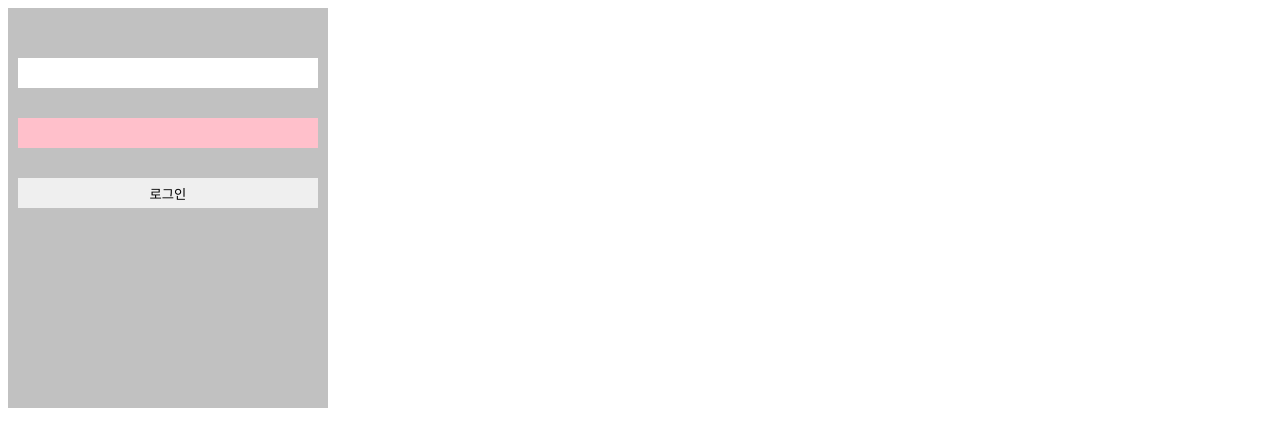
Repository: popll1/Pleiades
Page: http://localhost/jun29web/login.jsp
An editor plug-in stored every save of this project. The page is shown before and after the next save, followed by the edit.
The browser window is 1280 px wide. The pictures show the whole page.
The page is served by Tomcat 9. Other server files are loaded and not shown.

Above is the page before, as saved 2023-06-29 06:28:47.

### jun29web/src/main/webapp/login.jsp
<%@ page language="java" contentType="text/html; charset=EUC-KR"
	pageEncoding="UTF-8"%>
<!DOCTYPE html>
<html>
<head>
<meta charset="UTF-8">
<title>로그인</title>
<style type="text/css">
#loginBox {
	/* id = # ,c class=. */
	background-color: #c1c1c1;
	width: 300px;
	height: 300px;
	padding: 50px 10px 50px 10px;
	//
	패딩은
	내
	영역에서
	안쪽으로
	여백줄때
}

input {
	padding: 0;
	margin: 0;
	border: 0;
	width: 100%;
	height: 30px;
	text-align: center;
	margin-bottom: 30px;
}

input [type=text] {
	background-color: green;
}

input[type=password] {
	background-color: pink;
	color: red;
}
</style>
</head>
<body>
	<div id="loginBox">
		<input type="text"> <br>
		<input type="password">
		<input type="button" value ="로그인">
	</div>
</body>
</html>

After the next save:
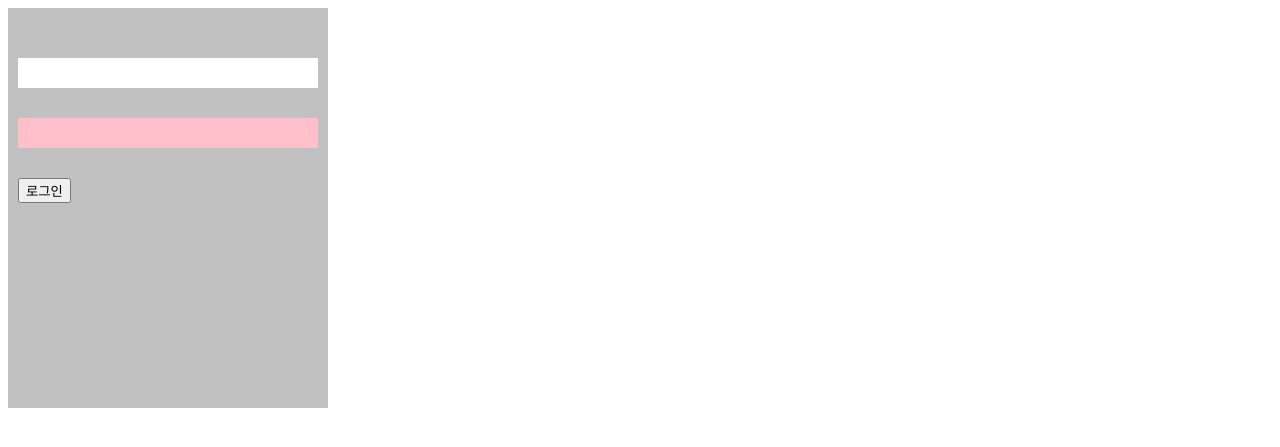
Saved 42 s later.
--- a/jun29web/src/main/webapp/login.jsp
+++ b/jun29web/src/main/webapp/login.jsp
@@ -44,7 +44,7 @@ input[type=password] {
 	<div id="loginBox">
 		<input type="text"> <br>
 		<input type="password">
-		<input type="button" value ="로그인">
+		<button>로그인</button>
 	</div>
 </body>
 </html>
